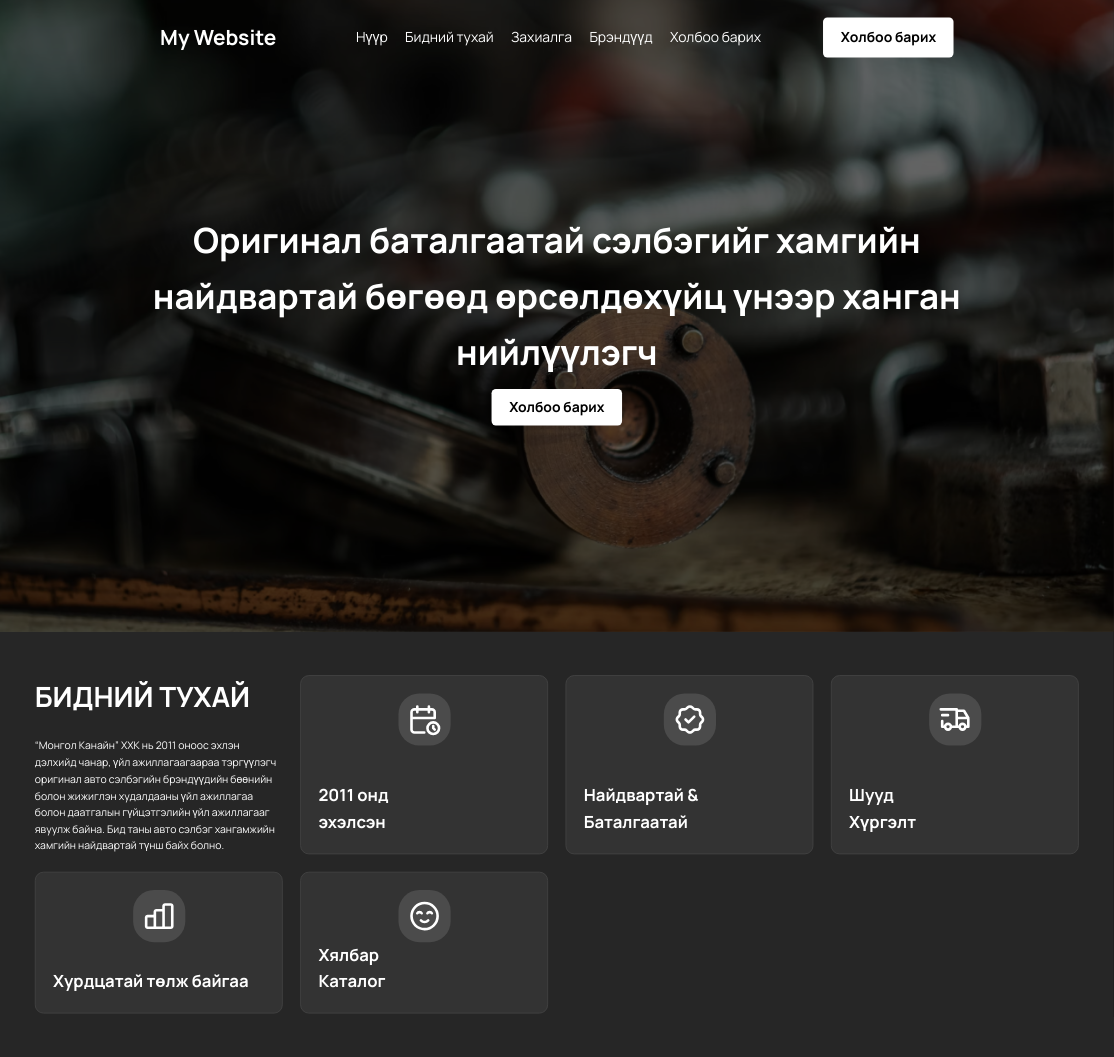
Repository: temuujinnn/mongol_kanain
Page: index.html
These files come from the project's save history. The page is drawn as it stood at one moment and after the next save; the edit follows.
The browser window is 1280 px wide. The pictures show the whole page, at 87% of full size.

Above is the page before, as saved 2024-08-22 17:56:12.

After the next save:
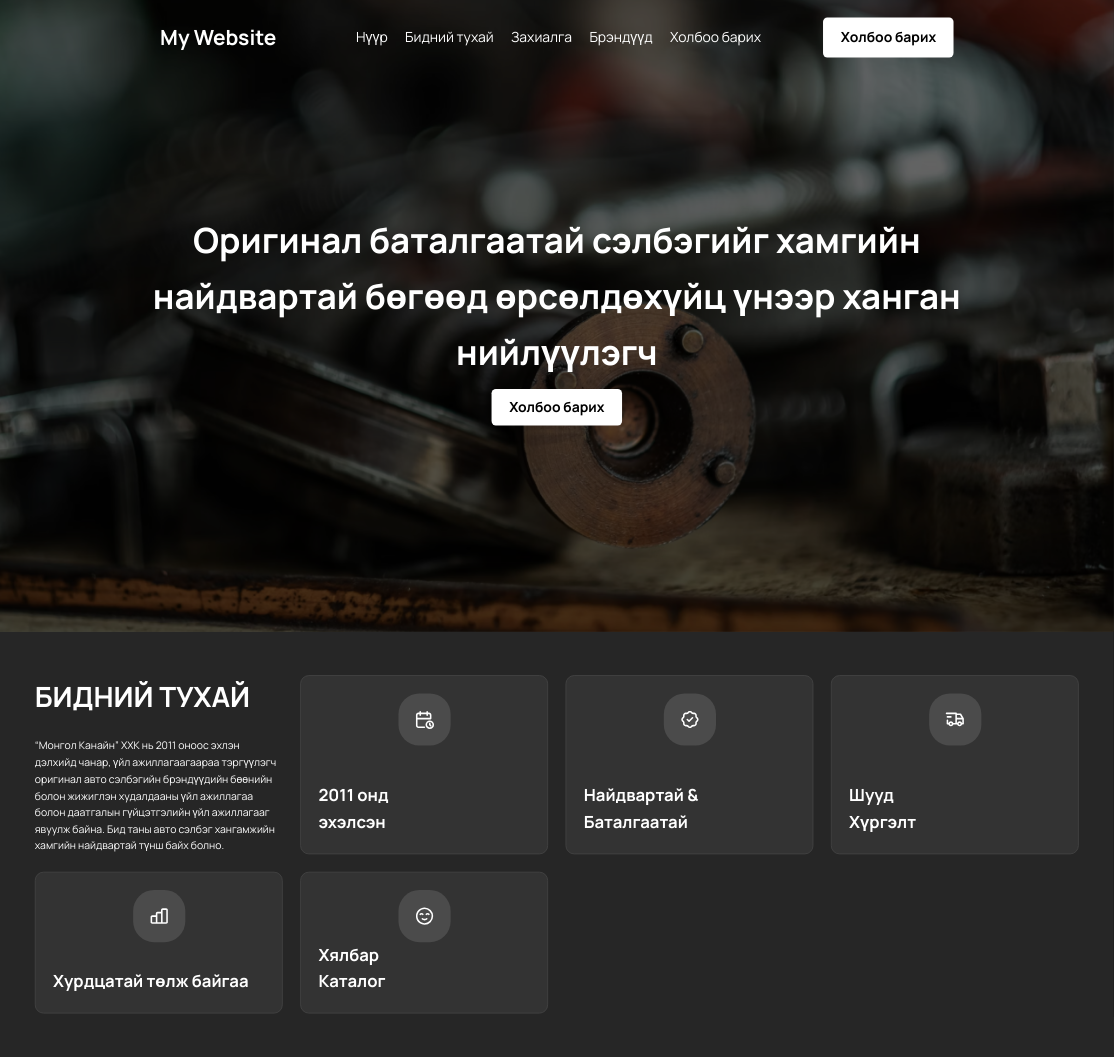
Saved 9 s later.
--- a/style.css
+++ b/style.css
@@ -179,7 +179,7 @@
 }
 
 .icon img {
-    width: 40px;
+    width: 24px;
     height: 40px;
 
 }
